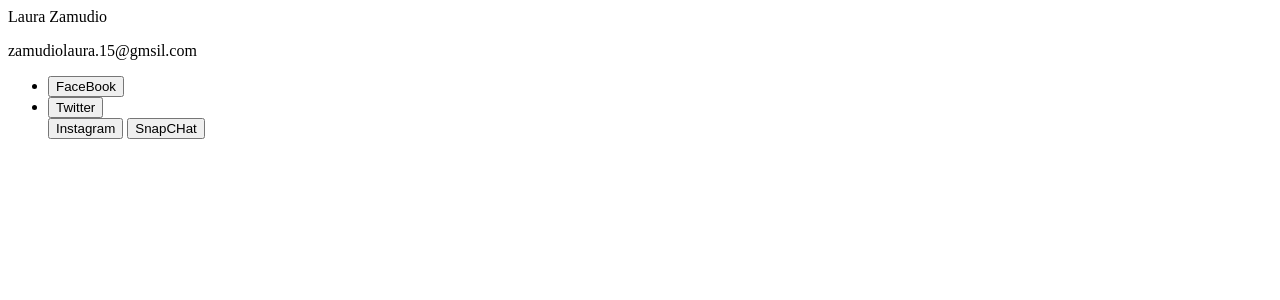
Repository: ZamlZam/LINK.
Page: index.html
These files come from the project's save history. The page is drawn as it stood at one moment and after a run of saves; the edit follows.
The browser window is 1280 px wide. The pictures show the whole page.

Above is the page before, as saved 2023-04-16 15:34:10.

### index.html
<!DOCTYPE html>
<html lang="en">
<head>
  <meta charset="UTF-8">
  <meta http-equiv="X-UA-Compatible" content="IE=edge">
  <meta name="viewport" content="width=device-width, initial-scale=1.0">
  <title>Link in bio</title>
</head>
<body>
  <hi> Laura Zamudio</hi>
  <p>zamudiolaura.15@gmsil.com</p>
  <ul class="links">
 <div class="d-grid gap-2 col-6 mx-auto">
  <li><button class="btn btn-primary" type="button">FaceBook</button></li>
 <li> <button class="btn btn-primary" type="button">Twitter</button></li>
  <button class="btn btn-primary" type="button">Instagram</button></li>
  <button class="btn btn-primary" type="button">SnapCHat</button></li>
</div>
</ul>
</div>
</body>
</html>

After the next 5 saves:
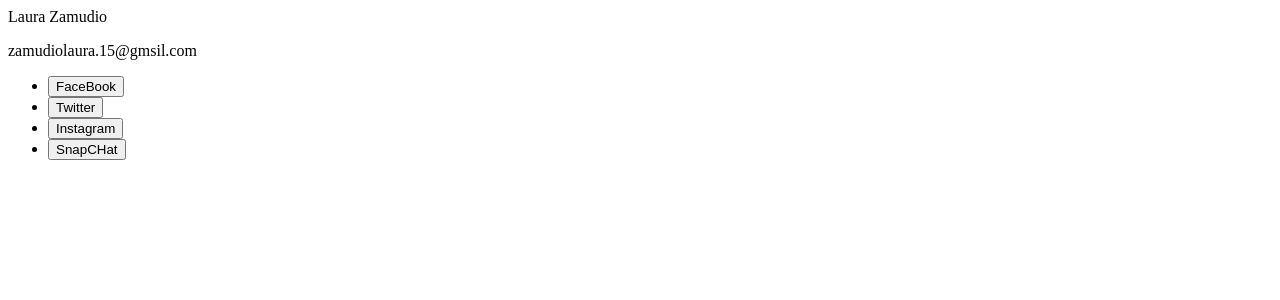
The 5 saves are shown as one change because they came seconds apart.
The last was saved 14 s later.
--- a/index.html
+++ b/index.html
@@ -13,8 +13,8 @@
  <div class="d-grid gap-2 col-6 mx-auto">
   <li><button class="btn btn-primary" type="button">FaceBook</button></li>
  <li> <button class="btn btn-primary" type="button">Twitter</button></li>
-  <button class="btn btn-primary" type="button">Instagram</button></li>
-  <button class="btn btn-primary" type="button">SnapCHat</button></li>
+  <li><button class="btn btn-primary" type="button">Instagram</button></li>
+  <li><button class="btn btn-primary" type="button">SnapCHat</button></li>
 </div>
 </ul>
 </div>
